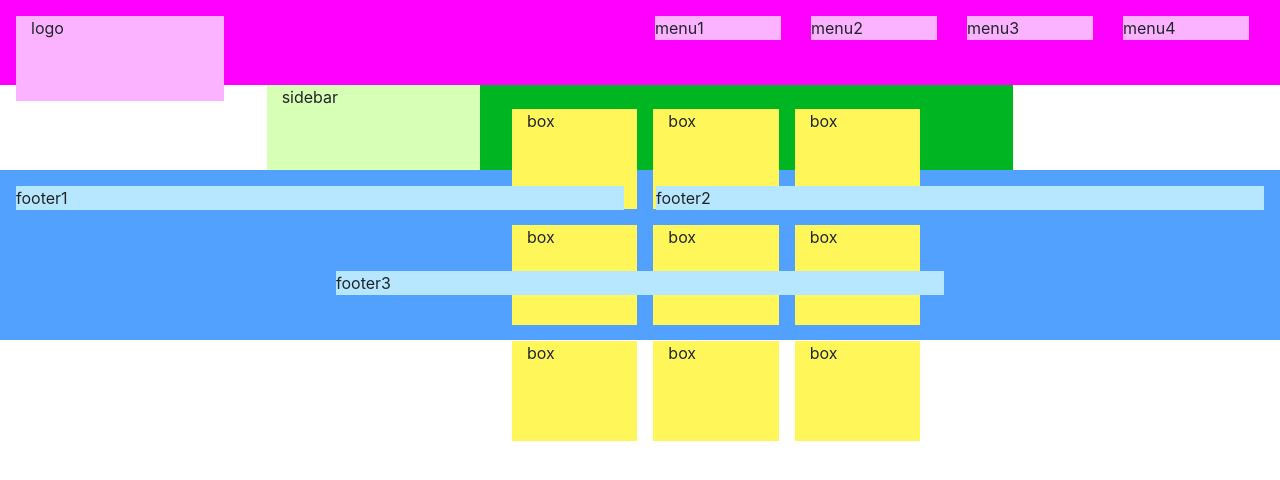
Repository: yuta0108/booker1-debug
Page: bootstrap_practice/index.html
The author's editor kept a record of every edit. The page is drawn from the files as they stood at one moment, then again after the next edit.
The browser window is 1280 px wide. The pictures show the whole page.

Above is the page before.

After the next edit:
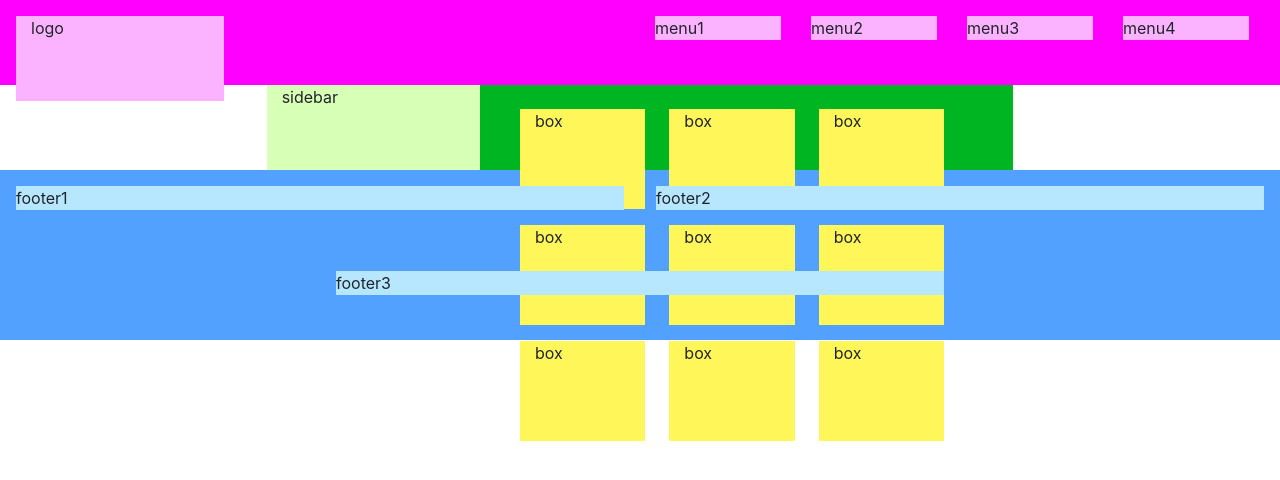
The edit:
--- a/bootstrap_practice/index.html
+++ b/bootstrap_practice/index.html
@@ -43,15 +43,15 @@
         <div class="col-2" style="background-color: #d8ffb6">sidebar</div>
         <div class="col-5" style="background-color: #00b522">
         <div class="row px-3 py-3 row-cols-3">
-          <div class="col-3 my-2 ml-3" style="background-color: #fff75a">box</div>
-          <div class="col-3 my-2 ml-3" style="background-color: #fff75a">box</div>
-          <div class="col-3 my-2 ml-3" style="background-color: #fff75a">box</div>
-          <div class="col-3 my-2 ml-3" style="background-color: #fff75a">box</div>
-          <div class="col-3 my-2 ml-3" style="background-color: #fff75a">box</div>
-          <div class="col-3 my-2 ml-3" style="background-color: #fff75a">box</div>
-          <div class="col-3 my-2 ml-3" style="background-color: #fff75a">box</div>
-          <div class="col-3 my-2 ml-3" style="background-color: #fff75a">box</div>
-          <div class="col-3 my-2 ml-3" style="background-color: #fff75a">box</div>
+          <div class="col-3 my-2 ml-4" style="background-color: #fff75a">box</div>
+          <div class="col-3 my-2 ml-4" style="background-color: #fff75a">box</div>
+          <div class="col-3 my-2 ml-4" style="background-color: #fff75a">box</div>
+          <div class="col-3 my-2 ml-4" style="background-color: #fff75a">box</div>
+          <div class="col-3 my-2 ml-4" style="background-color: #fff75a">box</div>
+          <div class="col-3 my-2 ml-4" style="background-color: #fff75a">box</div>
+          <div class="col-3 my-2 ml-4" style="background-color: #fff75a">box</div>
+          <div class="col-3 my-2 ml-4" style="background-color: #fff75a">box</div>
+          <div class="col-3 my-2 ml-4" style="background-color: #fff75a">box</div>
         </div>
         </div>
       </div>
